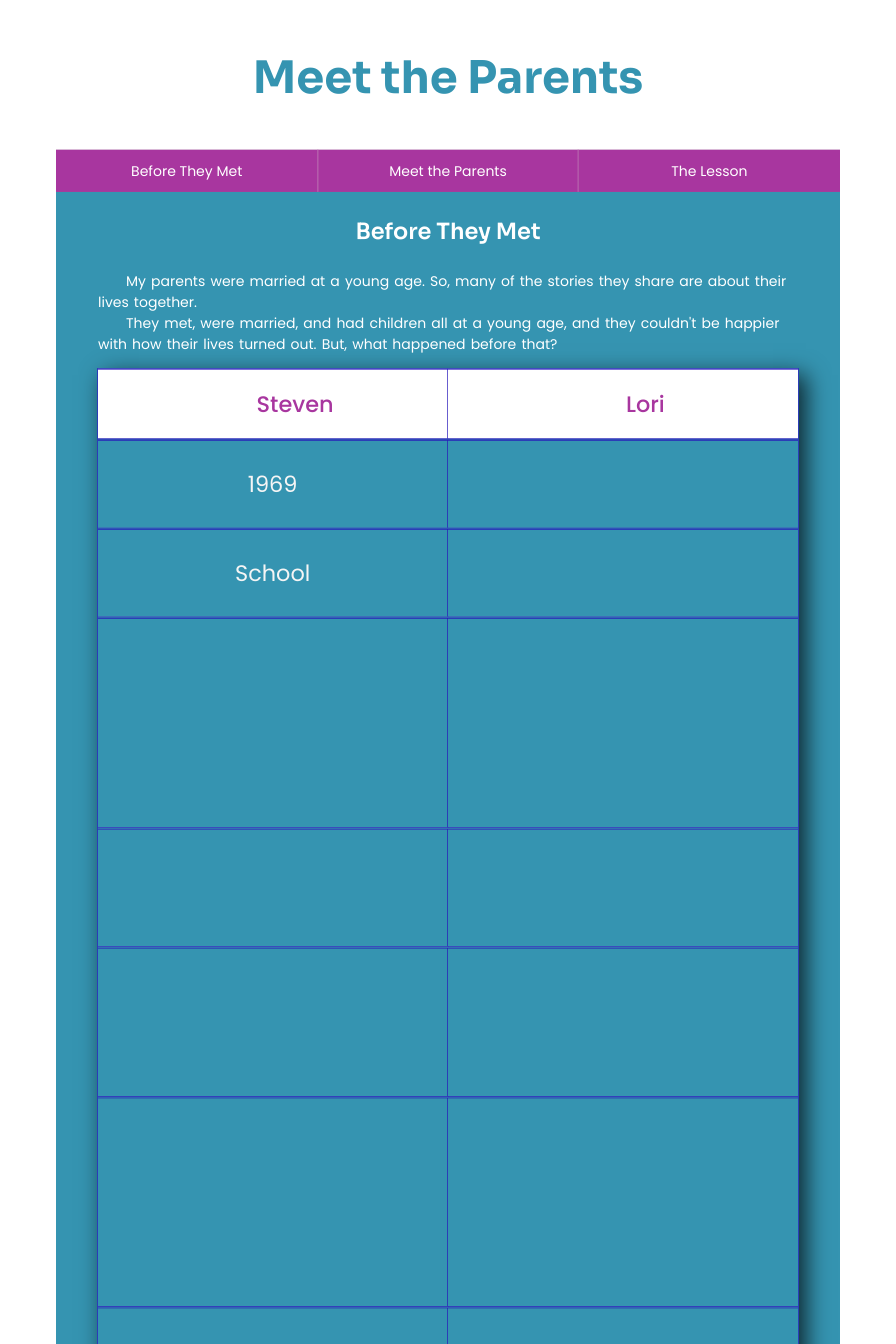
Repository: Sbethm/parents-tribute
Page: timeline.html
An editor plug-in stored every save of this project. The page is shown before and after the next save, followed by the edit.
The browser window is 1280 px wide. The pictures show the part of the page from y = 0 to 1920 px (the page is 3548 px tall before and 3588 px after), at 70% of full size.

Above is the page before, as saved 2021-02-24 14:05:16.

After the next save:
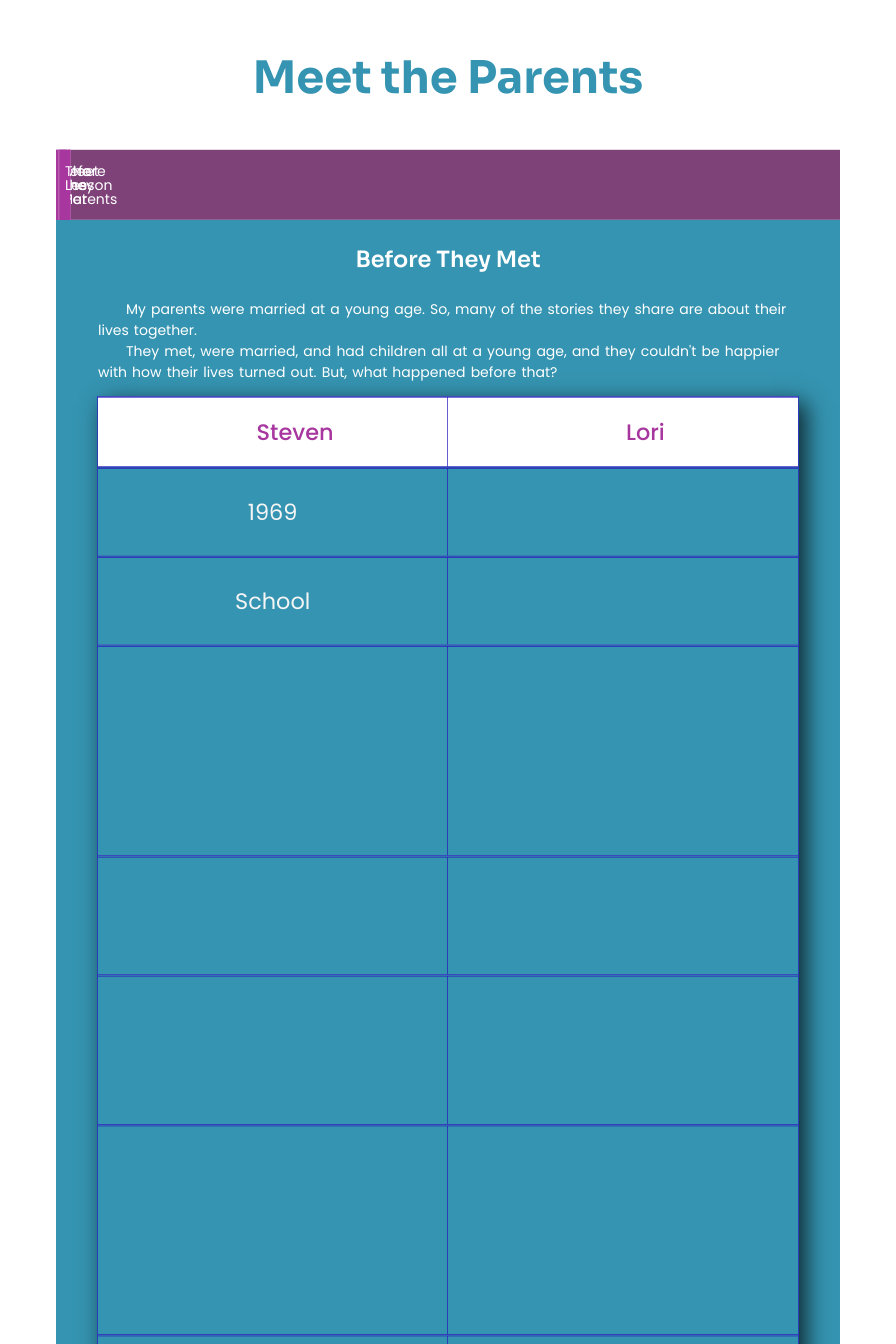
Saved 4 s later.
--- a/style.css
+++ b/style.css
@@ -134,7 +134,7 @@
     padding-bottom: 30px;
 }
 
-.navigation {
+nav {
     max-width: 100vw;
 
     background-color: rgb(126, 66, 121);

After the 4 saves that followed:
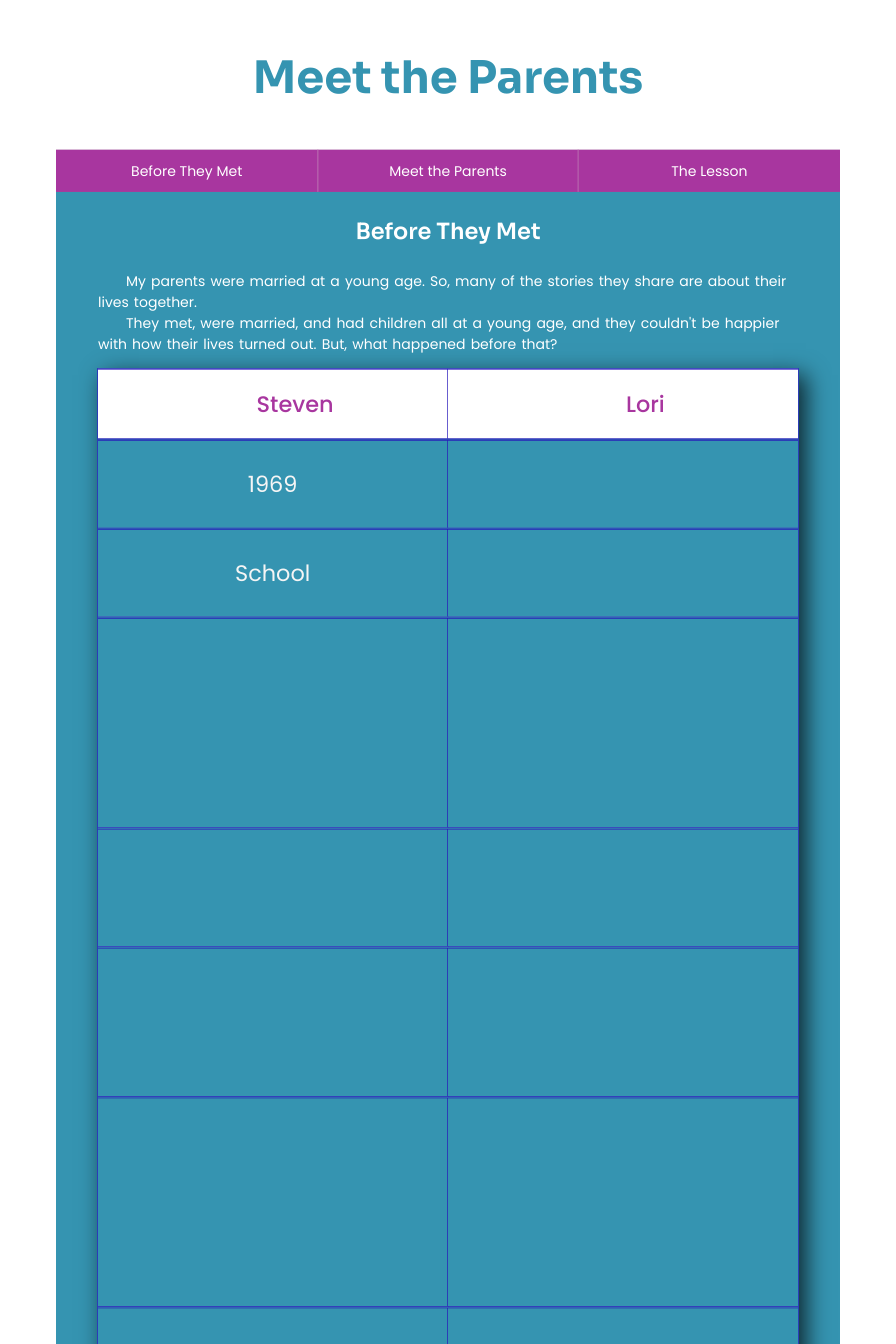
The 4 saves are shown as one change because 3 left the picture as it was.
The last was saved 91 s later.
--- a/style.css
+++ b/style.css
@@ -134,7 +134,7 @@
     padding-bottom: 30px;
 }
 
-nav {
+.navigation {
     max-width: 100vw;
 
     background-color: rgb(126, 66, 121);
